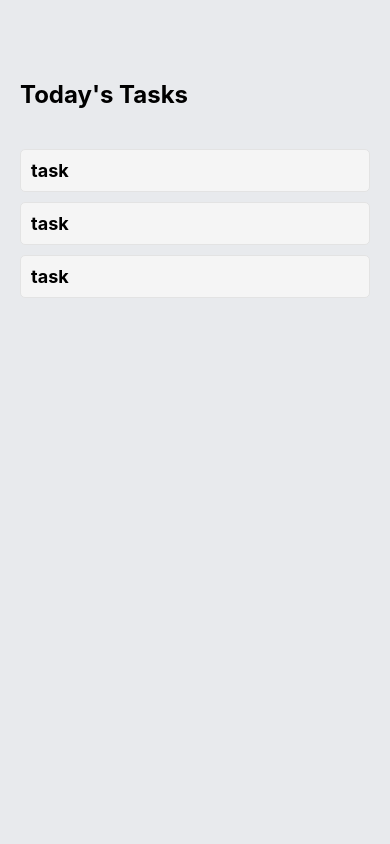
Repository: lomelo-x/ToDo-App
Screen: /
An editor plug-in stored every save of this project. The screen is shown before and after the next save, followed by the edit.
The app was drawn by React Native's web renderer in a window 390 px wide. The project was rebuilt for these pictures with package versions that can differ from the ones it lists, and the page was loaded fresh each time.

Above is the screen before, as saved 2022-06-17 19:35:12.

### App.js
import { StatusBar } from 'expo-status-bar';
import { StyleSheet, Text, View } from 'react-native';
import Task from './components/Task';

export default function App() {
	return (
		<View style={styles.container}>
			<View style={styles.todoContainer}>
				<Text style={styles.sectionTitle}>Today's Tasks</Text>
				<View style={styles.itemsContainer}>
					<Task />
					<Task />
					<Task />
				</View>
			</View>
		</View>
	);
}

const styles = StyleSheet.create({
	container: {
		flex: 1,
		backgroundColor: '#E8EAED',
	},
	todoContainer: {
		paddingTop: 80,
		paddingHorizontal: 20,
	},
	sectionTitle: {
		fontSize: 24,
		fontWeight: 'bold',
		marginBottom: 20,
	},
	itemsContainer: {
		marginTop: 20,
	},
});

### components/Task.js
import React from 'react';
import { View, Text, StyleSheet } from 'react-native';

const Task = () => {
	return (
		<View style={styles.task}>
			<Text style={styles.taskText}>task</Text>
		</View>
	);
};

const styles = StyleSheet.create({
	task: {
		backgroundColor: '#f5f5f5',
		padding: 10,
		marginBottom: 10,
		borderRadius: 5,
		borderWidth: 1,
		borderColor: '#e3e3e3',
	},
	taskText: {
		fontSize: 18,
		fontWeight: 'bold',
	},
});

export default Task;

After the next save:
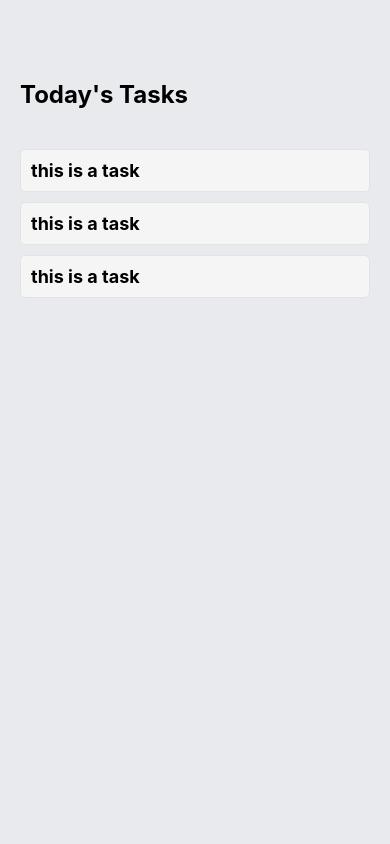
Saved 51 s later.
--- a/components/Task.js
+++ b/components/Task.js
@@ -4,7 +4,7 @@ import { View, Text, StyleSheet } from 'react-native';
 const Task = () => {
 	return (
 		<View style={styles.task}>
-			<Text style={styles.taskText}>task</Text>
+			<Text style={styles.taskText}>this is a task</Text>
 		</View>
 	);
 };
